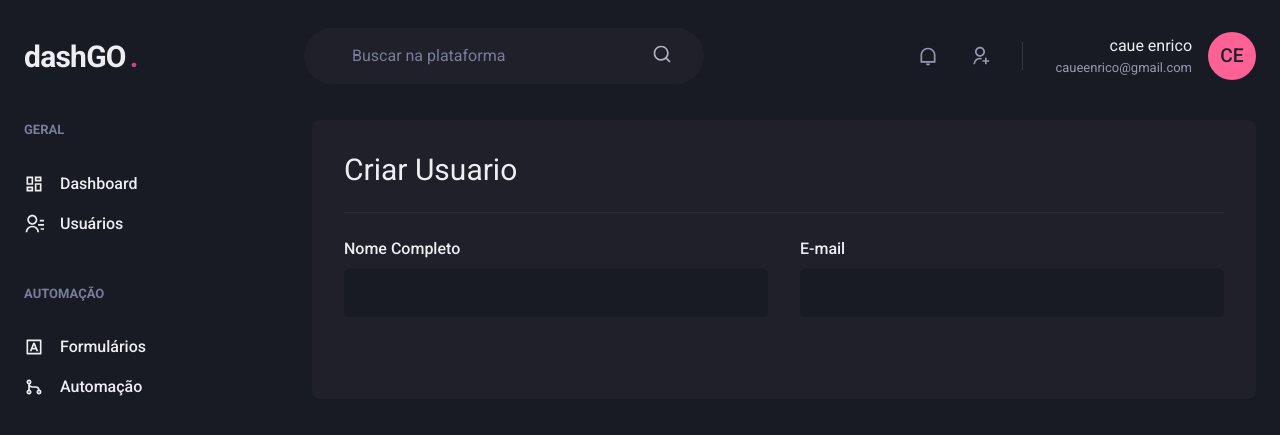
Repository: caueenrico/DashGO
Page: /user/create
The author's editor kept a copy of each file at every save. The page is drawn from the files as they stood at one save, then again after the next save.
The browser window is 1280 px wide. The pictures show the whole page.
The project was rebuilt for these pictures with package versions that can differ from the ones it lists, and the page was loaded fresh each time. The framework's server and built-in components were replaced by stand-ins that run in the browser. Also part of the build but not shown: next.config.js.

Above is the page before, as saved 2023-03-16 16:37:09.

### src/pages/_app.tsx
import { theme } from '@/styles/theme'
import { ChakraProvider } from '@chakra-ui/react'
import type { AppProps } from 'next/app'

export default function App({ Component, pageProps }: AppProps) {
  return (
    <ChakraProvider theme={theme}>
      <Component {...pageProps} />
    </ChakraProvider>

  )
}

### src/pages/_document.tsx
import { Html, Head, Main, NextScript } from 'next/document'

export default function Document() {
  return (
    <Html lang="en">
      <Head>
        <link rel="preconnect" href="https://fonts.googleapis.com"/>
        <link rel="preconnect" href="https://fonts.gstatic.com" />
        <link href="https://fonts.googleapis.com/css2?family=Roboto:wght@400;500;700&display=swap" rel="stylesheet"/>
      </Head>
      <body>
        <Main />
        <NextScript />
      </body>
    </Html>
  )
}

### src/pages/user/create.tsx
import { Input } from "@/components/Form/Input";
import { Header } from "@/components/Header";
import { Pagination } from "@/components/Pagination";
import { SideBar } from "@/components/SideBar";
import { Box, Divider, Flex, Heading, SimpleGrid, VStack } from "@chakra-ui/react";

export default function UserList() {
  return (
    <Box>
      <Header/>

      <Flex w="100%" my="6" maxWidth={1480} mx="auto" px="6" >
        <SideBar />

        <Box flex="1" borderRadius={8} bg="gray.800" p="8">
          <Heading size="lg" fontWeight="normal">Criar Usuario</Heading>

          <Divider my="6" borderColor="gray.700"/>

          <VStack spacing="8">
            <SimpleGrid minChildWidth="240px" spacing="8" w="100%">
              <Input name="name" label="Nome Completo" />
              <Input name="email" type="email" label="E-mail" />
            </SimpleGrid>
          </VStack>


        </Box>
      </Flex>
    </Box>
  )
}

### src/components/Form/Input.tsx
import { FormControl, FormLabel, Input as ChakraInput, InputProps as ChakraInputProps } from "@chakra-ui/react";

interface InputProps extends ChakraInputProps{
  name: string;
  label?: string;
}

export function Input({ name, label, ...rest }: InputProps) {
  return (
    <FormControl>
      {!!label && <FormLabel htmlFor={name}>{label}</FormLabel>}
      <ChakraInput
        name={name}
        id={name}
        {...rest} //tenho que fazer para que ele receba as propriedades do InputProps
        focusBorderColor="pink.500"
        bg={"gray.900"}
        variant="filled"
        _hover={{
          bg: "gray.900",
        }}
        size="lg"
      />
    </FormControl>
  );
}

### src/components/Header.tsx
import { Flex, Input, Text, Icon, HStack, Box, Avatar } from "@chakra-ui/react";
import {
  RiSearchLine,
  RiNotificationLine,
  RiUserAddLine,
} from "react-icons/ri";

export function Header() {
  return (
    <Flex
      as="header"
      w="100%"
      maxWidth={1480}
      h="20"
      mx="auto"
      mt="4"
      px="6"
      align="center"
    >
      <Text
        fontSize="3xl"
        fontWeight="bold"
        letterSpacing="tight" //para deixar a letra mais apertada
        w="64"
      >
        dashGO
        <Text as="span" ml="1" color="pink.500">
          .
        </Text>
      </Text>

      <Flex
        as="label"
        flex="1"
        py="4"
        px="8"
        ml="6"
        maxWidth={400}
        alignSelf="center"
        color="gray.200"
        position="relative"
        bg="gray.800"
        borderRadius="full"
      >
        <Input
          color="gray.50"
          variant="unstyled"
          px="4"
          mr="4"
          placeholder="Buscar na plataforma"
          _placeholder={{ color: "gray.400" }}
        />

        <Icon as={RiSearchLine} fontSize="20" />
        {/* tive que fazer isso acima, por uma recomendação do chakra, entao no caso Icon vem do chakra e o RiSearchLine vem do react-icons */}
      </Flex>

      <Flex align="center" ml="auto">
        <HStack
          spacing="8"
          mx="8"
          pr="8"
          py="1"
          color="gray.300"
          borderRightWidth={1}
          borderColor="gray.700"
        >
          <Icon as={RiNotificationLine} fontSize="20" />
          <Icon as={RiUserAddLine} fontSize="20" />
        </HStack>
      </Flex>

      <Flex align="center">

        <Box mr="4" textAlign="right">
          <Text>caue enrico</Text>
          <Text color="gray.300" fontSize="small">
            caueenrico@gmail.com
          </Text>
        </Box>
        <Avatar size="md" name="Caue Enrico" />

      </Flex>
    </Flex>
  );
}

### src/components/SideBar.tsx
import { Box, Link, Stack, Text, Icon } from "@chakra-ui/react";
import { RiDashboardLine, RiContactsLine, RiInputMethodLine, RiGitMergeLine } from "react-icons/ri";

export function SideBar() {
  return (
    <Box as="aside" w="64" mr="8">
      <Stack spacing="12" align="flex-start" >
        <Box>
          <Text fontWeight="bold" color="gray.400" fontSize="small">GERAL</Text>
          <Stack spacing="4" mt="8" align="stretch" >
            <Link display="flex" alignItems="center" >
              <Icon as={RiDashboardLine} fontSize="20" />
              <Text ml="4" fontWeight="medium" >Dashboard</Text>
            </Link>
            <Link display="flex" alignItems="center" >
              <Icon as={RiContactsLine} fontSize="20" />
              <Text ml="4" fontWeight="medium" >Usuários</Text>
            </Link>
          </Stack>
        </Box>

        <Box>
          <Text fontWeight="bold" color="gray.400" fontSize="small">AUTOMAÇÃO</Text>
          <Stack spacing="4" mt="8" align="stretch" >
            <Link display="flex" alignItems="center" >
              <Icon as={RiInputMethodLine} fontSize="20" />
              <Text ml="4" fontWeight="medium">Formulários</Text>
            </Link>
            <Link display="flex" alignItems="center" >
              <Icon as={RiGitMergeLine} fontSize="20" />
              <Text ml="4" fontWeight="medium">Automação</Text>
            </Link>
          </Stack>
        </Box>
      </Stack>

    </Box>
  )
}

Loaded but not shown: src/styles/theme.ts (common file)

After the next save:
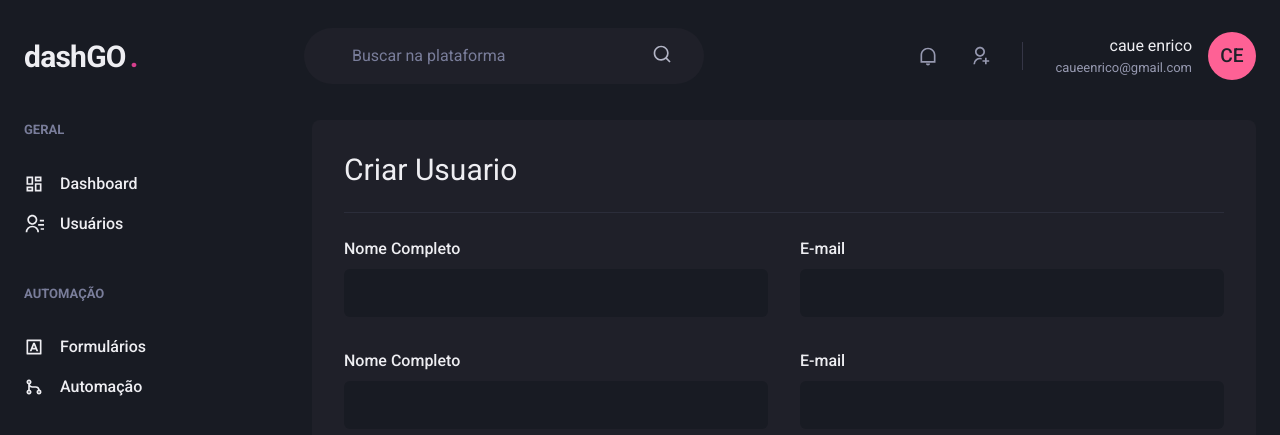
Saved 5 s later.
--- a/src/pages/user/create.tsx
+++ b/src/pages/user/create.tsx
@@ -22,6 +22,11 @@ export default function UserList() {
               <Input name="name" label="Nome Completo" />
               <Input name="email" type="email" label="E-mail" />
             </SimpleGrid>
+
+            <SimpleGrid minChildWidth="240px" spacing="8" w="100%">
+              <Input name="name" label="Nome Completo" />
+              <Input name="email" type="email" label="E-mail" />
+            </SimpleGrid>
           </VStack>
 
 
